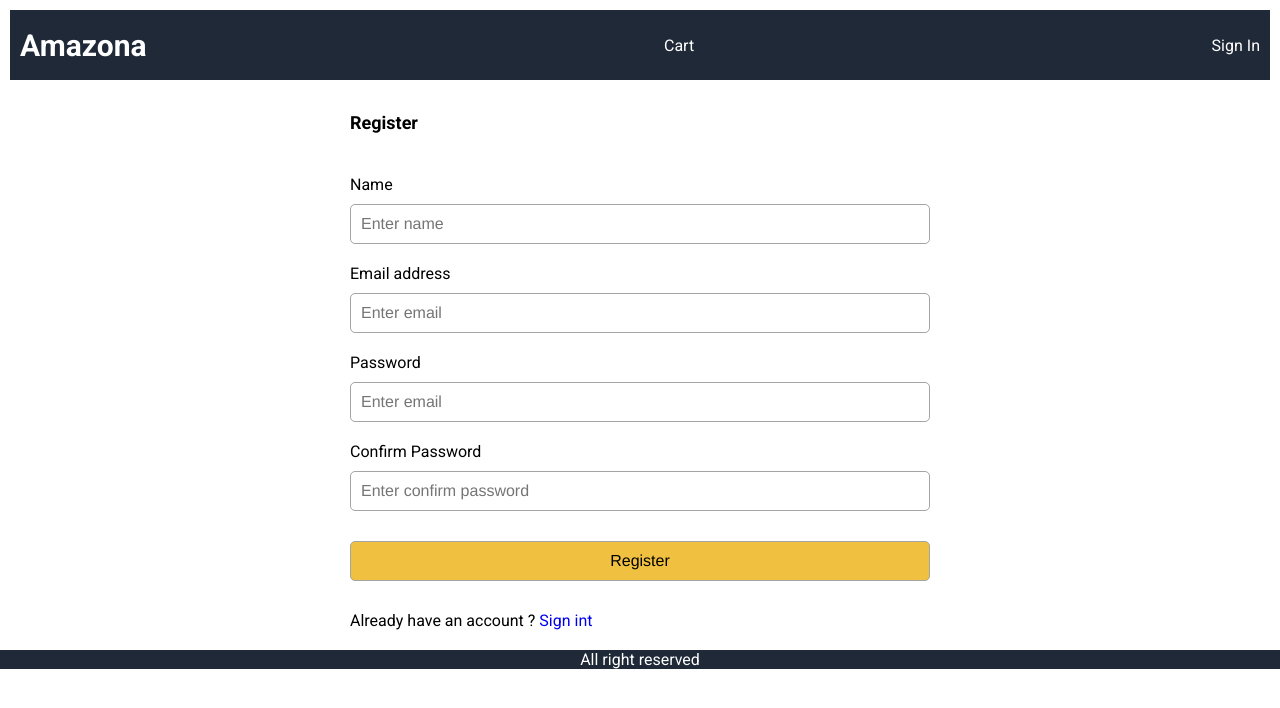
Repository: rexhep/e-commerce
Page: /register (app in frontend/)
An editor plug-in stored every save of this project. The page is shown before and after the next save, followed by the edit.
The browser window is 1280 px wide. The pictures show the whole page.
The project was rebuilt for these pictures with package versions that can differ from the ones it lists, and the page was loaded fresh each time. Also part of the build but not shown: frontend/src/actions/cartActions.js, frontend/src/components/clientHeader/ClientHeader.jsx, frontend/src/components/MessageBox.js, frontend/src/pages/CartPage.js, frontend/src/components/Rating.js, frontend/src/components/Product.js, frontend/src/components/LoadingBox.js, frontend/src/actions/productActions.js and 22 more.

Above is the page before, as saved 2021-10-12 00:43:10.

### frontend/public/index.html
<!DOCTYPE html>
<html lang="en">
  <head>
    <meta charset="utf-8" />
    <link rel="icon" href="%PUBLIC_URL%/favicon.ico" />
    <meta name="viewport" content="width=device-width, initial-scale=1" />
    <meta name="theme-color" content="#000000" />
    <meta
      name="description"
      content="Web site created using create-react-app"
    />
    <link rel="apple-touch-icon" href="%PUBLIC_URL%/logo192.png" />
    <!--
      manifest.json provides metadata used when your web app is installed on a
      user's mobile device or desktop. See https://developers.google.com/web/fundamentals/web-app-manifest/
    -->
    <link rel="manifest" href="%PUBLIC_URL%/manifest.json" />
    <!--
      Notice the use of %PUBLIC_URL% in the tags above.
      It will be replaced with the URL of the `public` folder during the build.
      Only files inside the `public` folder can be referenced from the HTML.

      Unlike "/favicon.ico" or "favicon.ico", "%PUBLIC_URL%/favicon.ico" will
      work correctly both with client-side routing and a non-root public URL.
      Learn how to configure a non-root public URL by running `npm run build`.
    -->
    <link
        rel="stylesheet"
        href="https://cdnjs.cloudflare.com/ajax/libs/font-awesome/4.7.0/css/font-awesome.min.css"
      />
      <link rel="preconnect" href="https://fonts.googleapis.com">
      <link href="https://fonts.googleapis.com/css2?family=Roboto:ital,wght@0,100;0,300;0,400;0,500;0,700;0,900;1,100;1,300;1,400;1,500;1,700;1,900&display=swap" rel="stylesheet">
    <title>React App</title>
  </head>
  <body>
    <noscript>You need to enable JavaScript to run this app.</noscript>
    <div id="root"></div>
    <!--
      This HTML file is a template.
      If you open it directly in the browser, you will see an empty page.

      You can add webfonts, meta tags, or analytics to this file.
      The build step will place the bundled scripts into the <body> tag.

      To begin the development, run `npm start` or `yarn start`.
      To create a production bundle, use `npm run build` or `yarn build`.
    -->
  </body>
</html>

### frontend/src/index.js
import React from 'react';
import { Provider } from 'react-redux';
import ReactDOM from 'react-dom';
import './index.css';
import App from './App';
import reportWebVitals from './reportWebVitals';
import store from './store';

ReactDOM.render(
  <Provider store={store}>
    <React.StrictMode>
      <App />
    </React.StrictMode>
  </Provider>,
  document.getElementById('root')
);

// If you want to start measuring performance in your app, pass a function
// to log results (for example: reportWebVitals(console.log))
// or send to an analytics endpoint. Learn more: https://bit.ly/CRA-vitals
reportWebVitals();

### frontend/src/index.css
html {
  font-size: 62.5%; /* 16px x 62.5 = 10px = 1rem */
  box-sizing: border-box;
}

body {
  margin: 0;
  height: 100vh;
  font-size: 1.6rem;
  font-family: 'Roboto', sans-serif;
  -webkit-font-smoothing: antialiased;
  -moz-osx-font-smoothing: grayscale;
}
#root {
  height: 100%;
}

/* Layout */
.primary-container {
  margin-top: 20px;
}
.grid-container {
  display: grid;
  grid-template-areas:
  'header'
  'main'
  'footer';
  grid-template-columns: 1fr;
  grid-template-rows: 5rem 1fr 5rem;
  height: 100%;
}

header {
  grid-area: header;
  background-color: #1F2937;
  height: 50px;
}

main {
  grid-area: main;
  padding: 1rem;
}

footer {
  grid-area: footer;
  background-color: #1F2937;
  color: #fff
}
/* Common */
h1 {
  font-size: 1.8rem;
  padding: 1rem 0;
}

h2 {
  font-size: 1.6rem;
  padding: 1rem 0;
}
a {
  text-decoration: none;
}
a:hover {
  color: #ff8000;
}
ul {
  padding: 0;
  margin: 0;
  list-style-type: none;
}
li {
  margin-top: 1rem;
}

input,
select,
textarea,
button {
  padding: 1rem;
  border-radius: 0.5rem;
  border: 0.1rem #a4a4a4 solid;
  font-size: 1.6rem;
  font-family: Helvetica, Arial, sans-serif;
  -webkit-font-smoothing: antialiased;
  -moz-osx-font-smoothing: grayscale;
}

button {
  background-color: #f8f8f8;
  cursor: pointer;
}

#fade-button {
  color: #fff;
  font-size: 1.6rem;
}
#fade-button:hover {
  border: none;
}

input:hover,
select:hover,
textarea:hover,
button:hover {
  border: 0.1rem #404040 solid;
}
button.primary {
  background-color: #f0c040;
}
button.block {
  width: 100%;
}

button.small {
  font-size: 1.2rem;
}

/* Header */
header {
  color: #fff;
  padding: 1rem;
}
header div a {
  color: #fff;
}
a.brand {
  color: white;
  font-size: 3rem;
  font-weight: bold;
}
.badge {
  background-color: #f02020;
  color: #ffffff;
  border-radius: 50%;
  padding: 0.2rem 0.7rem;
  font-size: 1.4rem;
  margin-left: 0.2rem;
}
.row {
  display: flex;
  flex-wrap: wrap;
  justify-content: space-between;
  align-items: center;
}
.row.center {
  justify-content: center;
}
.row.top {
  align-items: flex-start;
}
.col-1 {
  flex: 1 1 25rem;
}
.col-2 {
  flex: 2 1 50rem;
}

.min-30 {
  min-width: 30rem;
}

/* Image */
img {
  border-radius: 0.5rem;
}
img.small {
  max-width: 5rem;
  width: 100%;
}
img.medium {
  max-width: 29rem;
  width: 100%;
}
img.large {
  width: 100%;
}
img.custom-image {
  max-width: 29rem;
  width: 100%;
  max-height: 600px;
  height: 100%;
}

/* SLIDER */
.slider-cover {
  float: left;
  width: 100%;
  height: 800px;
}

.slider-cover .desc {
  position: absolute;
  left: 50%;
  top: 50%;
  transform: translate(-50%, -50%);
  -ms-transform: translate(-50%, -50%); /* for IE 9 */
  -webkit-transform: translate(-50%, -50%); /* for Safari */
}

.slider-cover .desc h2.title {
  font-size: 32px;
  color: #fff;
  text-align: center;
  font-weight: 700;
}

.slider-cover .desc p {
  color: #fff;
  font-size: 16px;
  text-align: center;
  font-weight: 300;
}


/* Card */
.card {
  border: 0.1rem #c0c0c0 solid;
  background-color: #f8f8f8;
  border-radius: 0.5rem;
  margin: 1rem;
}
.card-body {
  padding: 1rem;
}

.card-body > * {
  margin-bottom: 0.5rem;
}

.custom-card {
  overflow: visible !important;
}

.custom-item, .custom-card {
  box-shadow: none !important;
  border-radius: 0 !important;
}

.custom-item {
  border:solid 1px #ccc9c9;
}

.custom-card-content a h2 {
  font-size: 18px;
  color: #1F2937;
  font-weight: 300;
    text-transform: uppercase;
}

.custom-card-content .rating span {
  font-size: 14px;
  font-weight: 300;
}

.custom-card-content .price {
  font-size: 18px;
  font-weight: 700;
  padding-top: 20px;
}

.custom-card img {
  border-radius: 0;
}

.test {
  z-index: 9999;
  background-color: red;
}

.price {
  font-size: 2rem;
}

/* Rating */
.rating span {
  color: #f0c040;
  margin: 0.1rem;
}
.rating span:last-child {
  color: #404040;
}

/* Alert */
.loading {
  display: block !important;
}
.success {
  color: #20a020;
}
.danger {
  color: #a02020;
}

.alert {
  padding: 1rem;
  border: 0.1rem solid transparent;
  border-radius: 0.5rem;
}
.alert-info {
  color: #2020a0;
  background-color: #e0e0ff;
}
.alert-danger {
  color: #a02020;
  background-color: #ffe0e0;
}

.alert-success {
  color: #20a020;
  background-color: #eeffe0;
}

/* Form */
.form {
  max-width: 60rem;
  margin: 0 auto;
}
.form > div {
  display: flex;
  flex-direction: column;
  margin: 1rem;
}
.form label {
  margin: 1rem 0;
}

/* Dropdown */
.dropdown {
  display: inline-block;
  position: relative;
}
.dropdown-content {
  position: absolute;
  display: none;
  right: 0;
  min-width: 12rem;
  padding: 1rem;
  z-index: 1;
  background-color: #203040;
  margin: 0;
  margin-top: 0.4rem;
  border-radius: 0.5rem;
}
.dropdown:hover .dropdown-content {
  display: block;
}

/* Checkout Steps */
.checkout-steps > div {
  border-top: 0.3rem #c0c0c0 solid;
  color: #c0c0c0;
  flex: 1;
  padding: 1rem;
  font-weight: bold;
}
.checkout-steps > div.active {
  border-top-color: #f08000;
  color: #f08000;
}

/* Table */
.table {
  width: 100%;
  border-collapse: collapse;
}
.table tbody tr:nth-of-type(odd) {
  background-color: #f4f4f4;
}
.table td,
.table th {
  text-align: left;
  border: 0.1rem solid #e4e4e4;
  padding: 0.5rem;
}
.table button {
  margin: 0 0.2rem;
}

/* font-SIZE */
.fontSize, .fontSize a {
  font-size: 1.6rem !important;
  color: #333 !important;
}
.fontSize-avatar {
  color: #fff;
  font-size: 1.6rem !important;
}

/* AVATAR ICON */
.avatar-icon {
  margin-left: 10px !important;
}
.avatar-icon:hover {
  border: 0;
}

/* SPINNER */
.spinner-box {
  width: 100%;
  height: 85vh;
  display: flex;
  justify-content: center;
  align-items: center;
  background-color: transparent;
}
.three-quarter-spinner {
  width: 50px;
  height: 50px;
  border: 3px solid #fb5b53;
  border-top: 3px solid transparent;
  border-radius: 50%;
  animation: spin .5s linear 0s infinite;
}

/* END SPINNER */

/* PRODUCT DETAILS */
.product-details {
  padding: 20px;
}
.product-details-image {
  width: 100%;
  border: solid 1px;
}

.product-details-image img {
  width: auto;
  margin: 0 auto;
  display: block;
}

/* END PRODUCT DETAILS */

/* KEYFRAMES */

@keyframes spin {
  from {
    transform: rotate(0);
  }
  to{
    transform: rotate(359deg);
  }
}

@keyframes spin3D {
  from {
    transform: rotate3d(.5,.5,.5, 360deg);
  }
  to{
    transform: rotate3d(0deg);
  }
}

@keyframes configure-clockwise {
  0% {
    transform: rotate(0);
  }
  25% {
    transform: rotate(90deg);
  }
  50% {
    transform: rotate(180deg);
  }
  75% {
    transform: rotate(270deg);
  }
  100% {
    transform: rotate(360deg);
  }
}

@keyframes configure-xclockwise {
  0% {
    transform: rotate(45deg);
  }
  25% {
    transform: rotate(-45deg);
  }
  50% {
    transform: rotate(-135deg);
  }
  75% {
    transform: rotate(-225deg);
  }
  100% {
    transform: rotate(-315deg);
  }
}

@keyframes pulse {
  from {
    opacity: 1;
    transform: scale(1);
  }
  to {
    opacity: .25;
    transform: scale(.75);
  }
}

### frontend/src/components/privateRoute.js
import React from 'react';
import { useSelector } from 'react-redux';
import { Redirect, Route } from 'react-router-dom';

export default function PrivateRoute({ component: Component, ...rest }) {
    const userSignin = useSelector((state) => state.userSignin);
    const { userInfo } = userSignin;
    return (
        <Route
            {...rest}
            render={(props) =>
                userInfo ? (
                    <Component {...props}></Component>
                ) : (
                    <Redirect to="/signin" />
                )
            }
        ></Route>
    );
}

### frontend/src/pages/RegisterPage.jsx
import React, { useState, useEffect } from 'react';
import { useDispatch, useSelector } from 'react-redux';
import { Link } from 'react-router-dom';
import { register } from '../actions/userActions';
import ClientNavbar from '../components/clientHeader/ClientNavbar';
import LoadingBox from '../components/LoadingBox';
import MessageBox from '../components/MessageBox';

export default function RegisterPage(props) {
    const [name, setName] = useState('');
    const [email, setEmail] = useState('');
    const [password, setPassword] = useState('');
    const [confirmPassword, setConfirmPassword] = useState('');

    const redirect = props.location.search
    ? props.location.search.split('=')[1]
    : '/';

      //get userRegister from redux store
  const userRegister = useSelector((state) => state.userRegister);
  console.log('userRegister', userRegister);
  const { userInfo, loading, error } = userRegister;

    const dispatch = useDispatch();
    const submitHandler = (e) => {
        e.preventDefault();
        if(password !== confirmPassword) {
            alert('Password and confirm password are not match');
        } else {
            dispatch(register(name, email, password));
        }
    };

    useEffect(() => {
        if(userInfo) {
            props.history.push(redirect);
        }
    }, [props.history, redirect, userInfo])

    return (
        <>
        <ClientNavbar />
        <div>
            <form className="form" onSubmit={submitHandler}>
                <div>
                    <h1>Register</h1>
                </div>
                {loading && <LoadingBox></LoadingBox>}
                {error && <MessageBox variant="danger">{error}</MessageBox>}
                <div>
                    <label htmlFor="name">Name</label>
                    <input
                        type="text"
                        id="name"
                        placeholder="Enter name"
                        required
                        onChange={ e => setName(e.target.value)}
                    >

                    </input>
                </div>
                <div>
                    <label htmlFor="email">Email address</label>
                    <input
                        type="email"
                        id="email"
                        placeholder="Enter email"
                        required
                        onChange={ e => setEmail(e.target.value)}
                    >

                    </input>
                </div>
                <div>
                    <label htmlFor="password">Password</label>
                    <input
                        type="password"
                        id="password"
                        placeholder="Enter email"
                        required
                        onChange={ e => setPassword(e.target.value)}
                    >

                    </input>
                </div>
                <div>
                    <label htmlFor="confirmPassword">Confirm Password</label>
                    <input
                        type="password"
                        id="confirmPassword"
                        placeholder="Enter confirm password"
                        required
                        onChange={ e => setConfirmPassword(e.target.value)}
                    >

                    </input>
                </div>
                <div>
                    <label />
                    <button className="primary" type="submit">
                        Register
                    </button>
                </div>
                <div>
                    <label />
                    <div>
                        Already have an account ? {' '}
                        <Link to={`/signin?redirect=${redirect}`}>Sign int</Link>
                    </div>
                </div>
            </form>
        </div>
        </>
    )
}

### frontend/src/components/AdminRoute.js
import React from 'react';
import { useSelector } from 'react-redux';
import { Redirect, Route } from 'react-router-dom';

export default function AdminRoute({ component: Component, ...rest }) {
    const userSignin = useSelector((state) => state.userSignin);
    const { userInfo } = userSignin;
    return (
        <Route
            {...rest}
            render={(props) =>
                userInfo && userInfo.isAdmin ? (
                    <Component {...props}></Component>
                ) : (
                    <Redirect to="/signin" />
                )
            }
        ></Route>
    )
}

### frontend/src/reducers/cartReducers.js
import { CART_ADD_ITEM, CART_EMPTY, CART_REMOVE_ITEM, CART_SAVE_PAYMENT_METHOD, CART_SAVE_SHIPPING_ADDRESS } from '../constants/cartContstant';

export const cartReducer = (state = { cartItems: [] }, action) => {
    switch (action.type) {
        case CART_ADD_ITEM:
            const item = action.payload;
            const existItem = state.cartItems.find(x => x.product === item.product);
            if (existItem) {
                return {
                    ...state,
                    cartItems: state.cartItems.map(x =>
                        x.product === existItem.product ? item : x
                    ),

                }
            } else {
                return { ...state, cartItems: [...state.cartItems, item] };
            }

        case CART_REMOVE_ITEM:
            return {
                ...state,
                cartItems: state.cartItems.filter(x => x.product !== action.payload)
                // cartItems: state.cartItems.filter((x) => x.product !== action.payload),
            };

        case CART_SAVE_SHIPPING_ADDRESS:
            return { ...state, shippingAddress: action.payload }

        case CART_SAVE_PAYMENT_METHOD:
            return { ...state, paymentMethod: action.payload }

        case CART_EMPTY:
            return { ...state, cartItems: [] }

        default:
            return state;
    }
}

### frontend/src/reducers/productReducers.js
import { PRODUCT_DETAILS_FAIL, PRODUCT_DETAILS_REQUEST, PRODUCT_DETAILS_SUCCESS, PRODUCT_LIST_FAIL, PRODUCT_LIST_REQUEST, PRODUCT_LIST_SUCCESS, PRODUCT_REGISTER_FAIL, PRODUCT_REGISTER_REQUEST, PRODUCT_REGISTER_SUCCESS } from "../constants/productContants";

export const productListReducer = (state = { loading: true, products: [] }, action) => {
    switch (action.type) {
        case PRODUCT_LIST_REQUEST:
            return { loading: true }
        case PRODUCT_LIST_SUCCESS:
            return { loading: false, products: action.payload }
        case PRODUCT_LIST_FAIL:
            return { loading: false, error: action.payload }
        default:
            return state;
    }
};

export const productDetailsReducer = (state = { loading: true, product: {} }, action) => {
    switch (action.type) {
        case PRODUCT_DETAILS_REQUEST:
            return { loading: true }
        case PRODUCT_DETAILS_SUCCESS:
            return { loading: false, product: action.payload }
        case PRODUCT_DETAILS_FAIL:
            return { loading: false, error: action.payload }
        default:
            return state;
    }
}

export const productRegisterReducer = (state = { loading: true, item: {} }, action) => {
    switch (action.type) {
        case PRODUCT_REGISTER_REQUEST:
            return { loading: true };
        case PRODUCT_REGISTER_SUCCESS:
            return { loading: false, item: action.payload }
        case PRODUCT_REGISTER_FAIL:
            return { loading: false, error: action.payload };
        default:
            return state;
    }
}

### frontend/src/constants/userConstants.js
export const USER_REGISTER_REQUEST = 'USER_REGISTER_REQUEST';
export const USER_REGISTER_SUCCESS = 'USER_REGISTER_SUCCESS';
export const USER_REGISTER_FAIL = 'USER_REGISTER_FAIL';

export const USER_SIGNIN_REQUEST = 'USER_SIGNIN_REQUEST';
export const USER_SIGNIN_SUCCESS = 'USER_SIGNIN_SUCCESS';
export const USER_SIGNIN_FAIL = 'USER_SIGNIN_FAIL';

export const USER_SIGNOUT = 'USER_SIGNOUT';

export const USER_DETAILS_REQUEST = 'USER_DETAILS_REQUEST';
export const USER_DETAILS_SUCCESS = 'USER_DETAILS_SUCCESS';
export const USER_DETAILS_FAIL = 'USER_DETAILS_FAIL';

export const USER_UPDATE_PROFILE_REQUEST = 'USER_UPDATE_PROFILE_REQUEST';
export const USER_UPDATE_PROFILE_SUCCESS = 'USER_UPDATE_PROFILE_SUCCESS';
export const USER_UPDATE_PROFILE_FAIL = 'USER_UPDATE_PROFILE_FAIL';
export const USER_UPDATE_PROFILE_RESET = 'USER_UPDATE_PROFILE_RESET';

export const ADMIN_ALL_USERS_REQUEST = 'ADMIN_ALL_USERS_REQUEST';
export const ADMIN_ALL_USERS_SUCCESS = 'ADMIN_ALL_USERS_SUCCESS';
export const ADMIN_ALL_USERS_FAIL = 'ADMIN_ALL_USERS_FAIL';

### frontend/src/components/clientHeader/ClientNavbar.jsx
import React from 'react';
import { useSelector } from 'react-redux';
import { Link } from 'react-router-dom';
import { makeStyles } from '@material-ui/core';
import ClientHeader from '../clientHeader/ClientHeader';

const useStyles = makeStyles((theme) => ({
    dashboardDropdown: {
        padding: "0px 10px",
        '& a': {
            textTransform: 'uppercase'
        }
    }
  }));

export default function ClientNavbar() {
    const classes = useStyles();
    const cart = useSelector(state => state.cart);
    const { cartItems } = cart;

    const userSignin = useSelector((state) => state.userSignin);
    const { userInfo } = userSignin;

    return (
        <div>
                <header className="row">
                    <div>
                        <Link className="brand" to="/">Amazona</Link>
                    </div>
                    <div>
                        <Link to="/cart">Cart
                            {cartItems.length > 0 && (
                                <span className="badge">{cartItems.length}</span>
                            )}
                        </Link>
                    </div>
                    <div>
                        {userInfo ? (
                            <div className="dropdown">
                                <ClientHeader />
                            </div>
                        ) : (
                            <Link to="/signin">Sign In</Link>
                        )}
                        {userInfo && userInfo.isAdmin && (
                            <div className={`${classes.dashboardDropdown} dropdown`}>
                                <Link to="/dashboard">Dashboard</Link>
                            </div>
                        )}
                    </div>
                </header>
            </div>
    )
}

### frontend/src/constants/orderConstants.js
export const ORDER_CREATE_REQUEST = 'ORDER_CREATE_REQUEST';
export const ORDER_CREATE_SUCCESS = 'ORDER_CREATE_SUCCESS';
export const ORDER_CREATE_FAIL = 'ORDER_CREATE_FAIL';
export const ORDER_CREATE_RESET = 'ORDER_CREATE_RESET';

export const ORDER_PAY_REQUEST = 'ORDER_PAY_REQUEST';
export const ORDER_PAY_SUCCESS = 'ORDER_PAY_SUCCESS';
export const ORDER_PAY_FAIL = 'ORDER_PAY_FAIL';
export const ORDER_PAY_RESET = 'ORDER_PAY_RESET';


export const ORDER_DETAILS_REQUEST = 'ORDER_DETAILS_REQUEST';
export const ORDER_DETAILS_SUCCESS = 'ORDER_DETAILS_SUCCESS';
export const ORDER_DETAILS_FAIL = 'ORDER_DETAILS_FAIL';

export const ORDER_MINE_LIST_REQUEST = 'ORDER_MINE_LIST_REQUEST';
export const ORDER_MINE_LIST_SUCCESS = 'ORDER_MINE_LIST_SUCCESS';
export const ORDER_MINE_LIST_FAIL = 'ORDER_MINE_LIST_FAIL';

export const MENAGE_ORDERS_REQUEST = 'MENAGE_ORDERS_REQUEST';
export const MENAGE_ORDERS_SUCCESS = 'MENAGE_ORDERS_SUCCESS';
export const MENAGE_ORDERS_FAIL = 'MENAGE_ORDERS_FAIL';

export const CHANGE_ORDER_DELIVERY_REQUEST = 'CHANGE_ORDER_DELIVERY_REQUEST';
export const CHANGE_ORDER_DELIVERY_SUCCESS = 'CHANGE_ORDER_DELIVERY_SUCCESS';
export const CHANGE_ORDER_DELIVERY_FAIL = 'CHANGE_ORDER_DELIVERY_FAIL';

### frontend/src/constants/productContants.js
export const PRODUCT_LIST_REQUEST = 'PRODUCT_LIST_REQUEST';
export const PRODUCT_LIST_SUCCESS = 'PRODUCT_LIST_SUCCESS';
export const PRODUCT_LIST_FAIL = 'PRODUCT_LIST_FAIL';

export const PRODUCT_DETAILS_REQUEST = 'PRODUCT_DETAILS_REQUEST';
export const PRODUCT_DETAILS_SUCCESS = 'PRODUCT_DETAILS_SUCCESS';
export const PRODUCT_DETAILS_FAIL = 'PRODUCT_DETAILS_FAIL';

export const PRODUCT_REGISTER_REQUEST = 'PRODUCT_REGISTER_REQUEST';
export const PRODUCT_REGISTER_SUCCESS = 'PRODUCT_REGISTER_SUCCESS';
export const PRODUCT_REGISTER_FAIL = 'PRODUCT_REGISTER_FAIL';

Loaded but not shown: frontend/src/reportWebVitals.js (common file); frontend/src/constants/cartContstant.js (common file); frontend/src/actions/userActions.js (142 lines, source omitted); frontend/src/App.js (97 lines, source omitted); frontend/src/reducers/orderReducers.js (108 lines, source omitted); frontend/src/reducers/userReducer.js (70 lines, source omitted); frontend/src/store.js (53 lines, source omitted)

After the next save:
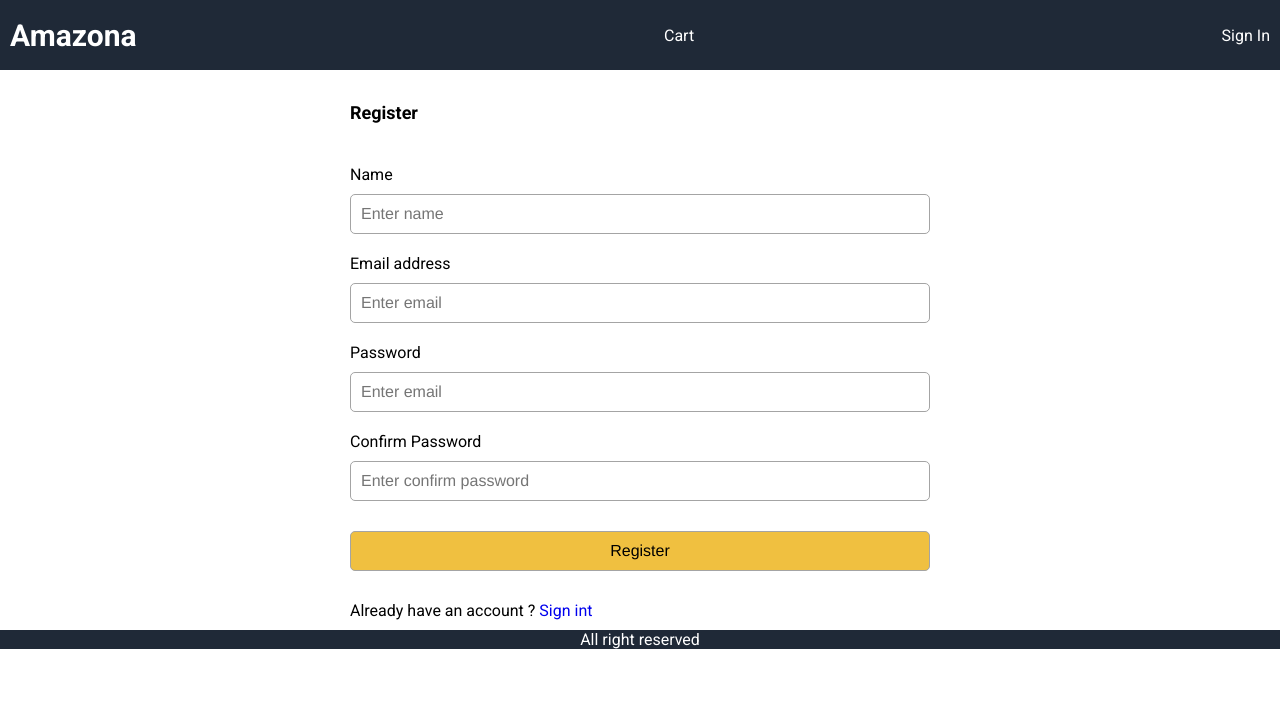
Saved 18 s later.
--- a/frontend/src/index.css
+++ b/frontend/src/index.css
@@ -37,8 +37,8 @@ header {
 }
 
 main {
-  grid-area: main;
-  padding: 1rem;
+  /* grid-area: main;
+  padding: 1rem; */
 }
 
 footer {
